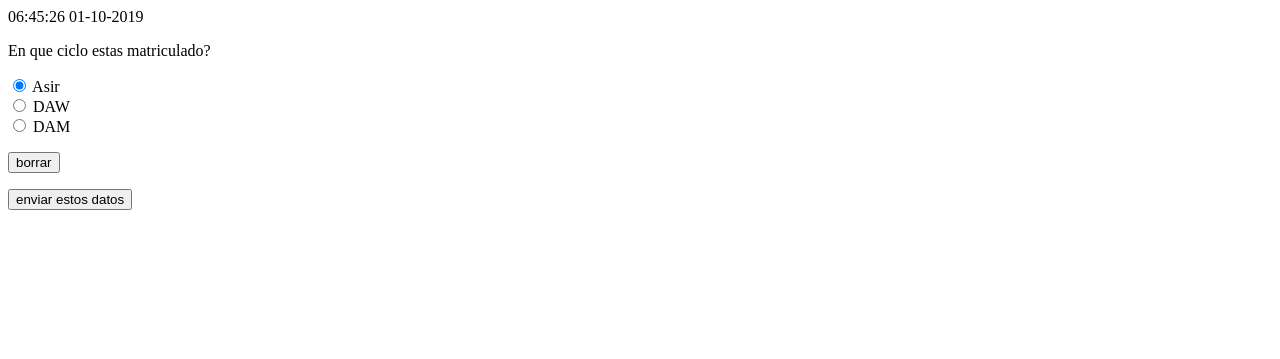
Repository: weertop/2DAW
Page: http://localhost/Formularios/checkRadio.jsp
The author's editor kept a copy of each file at every save. The page is drawn from the files as they stood at one save, then again after the next save.
The browser window is 1280 px wide. The pictures show the whole page.
The page is served by Tomcat 9.

Above is the page before, as saved 2019-10-02 08:42:14.

After the next save:
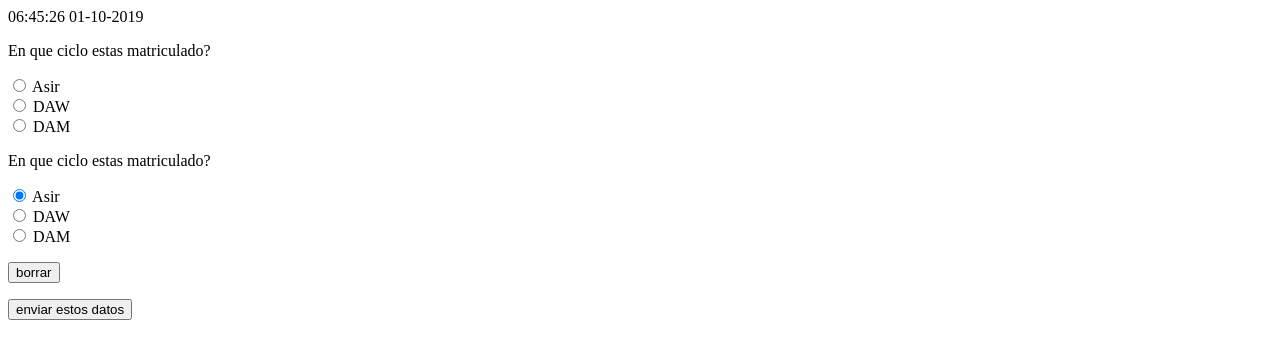
Saved 11 s later.
--- a/DWServidor/eclipse-workspace-photom/Formularios/WebContent/checkRadio.jsp
+++ b/DWServidor/eclipse-workspace-photom/Formularios/WebContent/checkRadio.jsp
@@ -22,6 +22,10 @@
 		<input type="radio" name="ciclo" value="daw" /> DAW<br/>
 		<input type="radio" name="ciclo" value="dam" /> DAM<br/>
 
+		<p> En que ciclo estas matriculado? </p>
+		<input type="radio" name="ciclo" value="asir" checked/> Asir<br/>
+		<input type="radio" name="ciclo" value="daw" /> DAW<br/>
+		<input type="radio" name="ciclo" value="dam" /> DAM<br/>
 		<p> <input type="reset" name="borrar" value="borrar" />	</p>
 		<p> <input type="submit" name="enviar" value="enviar estos datos" /> </p> <!-- el value es lo que se enviara -->
 	</form>
